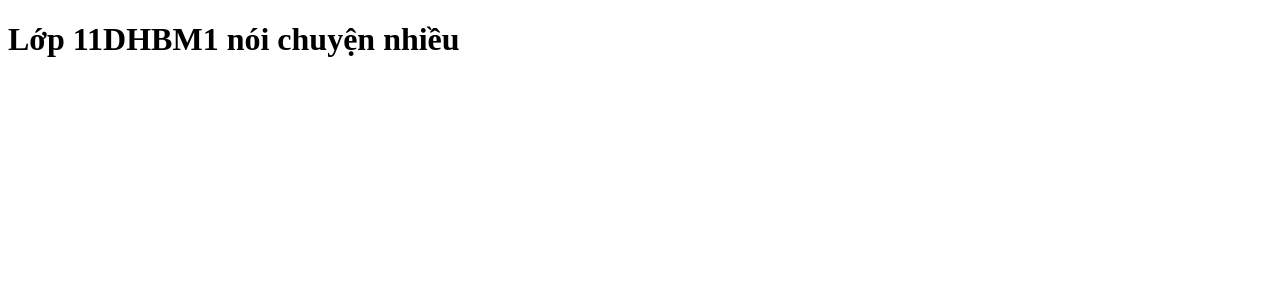
Repository: Tan-Khang21/TH_TKW--Buoi_07
Page: Bai_Tap_Mau/Bai_02/Shadow1.html
An editor plug-in stored every save of this project. The page is shown before and after the next save, followed by the edit.
The browser window is 1280 px wide. The pictures show the whole page.

Above is the page before, as saved 2024-03-12 15:38:59.

### Bai_Tap_Mau/Bai_02/Shadow1.html
<!DOCTYPE html>
<html lang="en">
  <head>
    <meta charset="UTF-8" />
    <meta name="viewport" content="width=device-width, initial-scale=1.0" />
    <title>Document</title>
  </head>
  <body>
    <h1>Lớp 11DHBM1 nói chuyện nhiều</h1>
  </body>
</html>

After the next save:
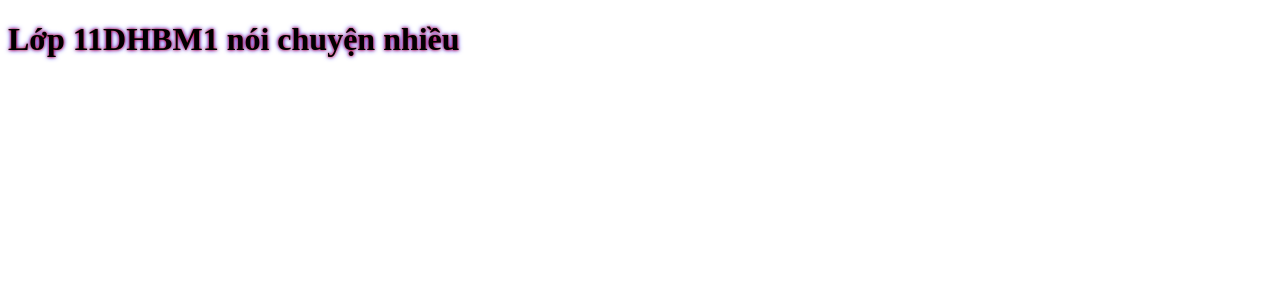
Saved 89 s later.
--- a/Bai_Tap_Mau/Bai_02/Shadow1.html
+++ b/Bai_Tap_Mau/Bai_02/Shadow1.html
@@ -5,6 +5,11 @@
     <meta name="viewport" content="width=device-width, initial-scale=1.0" />
     <title>Document</title>
   </head>
+  <style>
+    h1 {
+      text-shadow: 0 0 3px #ff0000, 0 0 5px#0000FF;
+    }
+  </style>
   <body>
     <h1>Lớp 11DHBM1 nói chuyện nhiều</h1>
   </body>

After the save that followed:
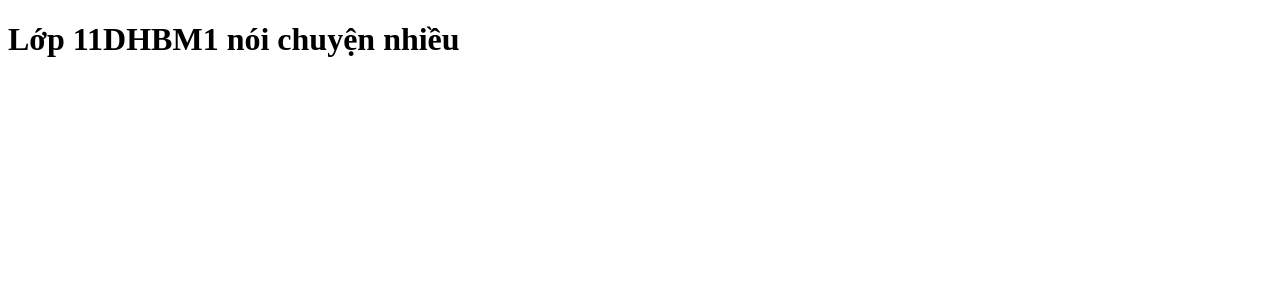
Saved 15 s later.
--- a/Bai_Tap_Mau/Bai_02/Shadow1.html
+++ b/Bai_Tap_Mau/Bai_02/Shadow1.html
@@ -7,7 +7,7 @@
   </head>
   <style>
     h1 {
-      text-shadow: 0 0 3px #ff0000, 0 0 5px#0000FF;
+      /* text-shadow: 0 0 3px #ff0000, 0 0 5px#0000FF; */
     }
   </style>
   <body>
